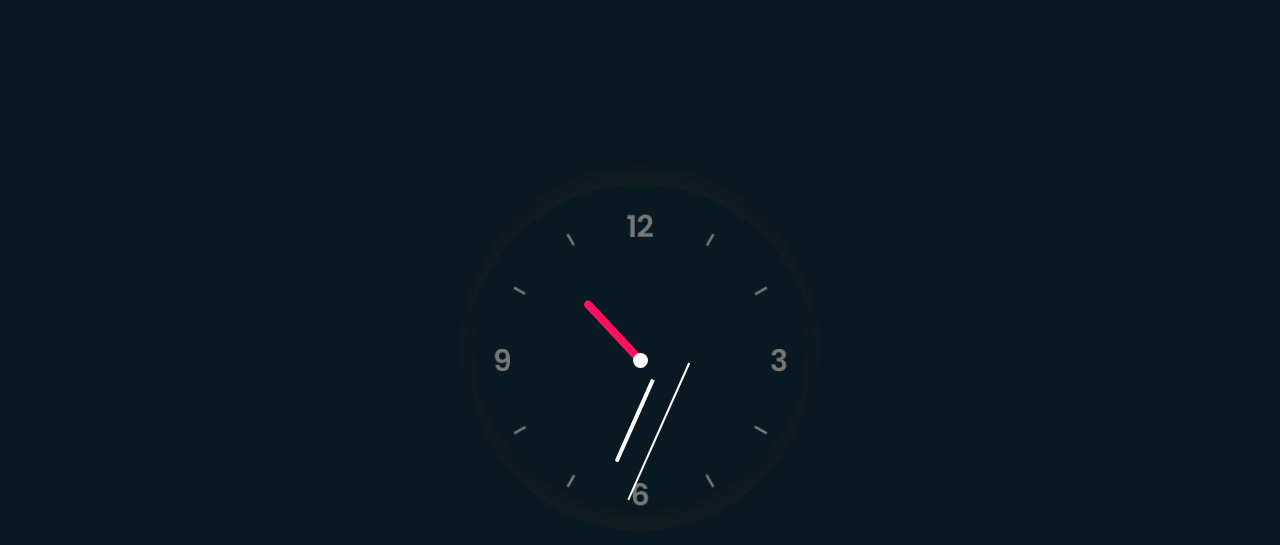
Repository: DaNiels89/analog-clock
Page: index.html
An editor plug-in stored every save of this project. The page is shown before and after the next save, followed by the edit.
The browser window is 1280 px wide. The pictures show the whole page.

Above is the page before, as saved 2020-06-20 11:07:27.

After the next save:
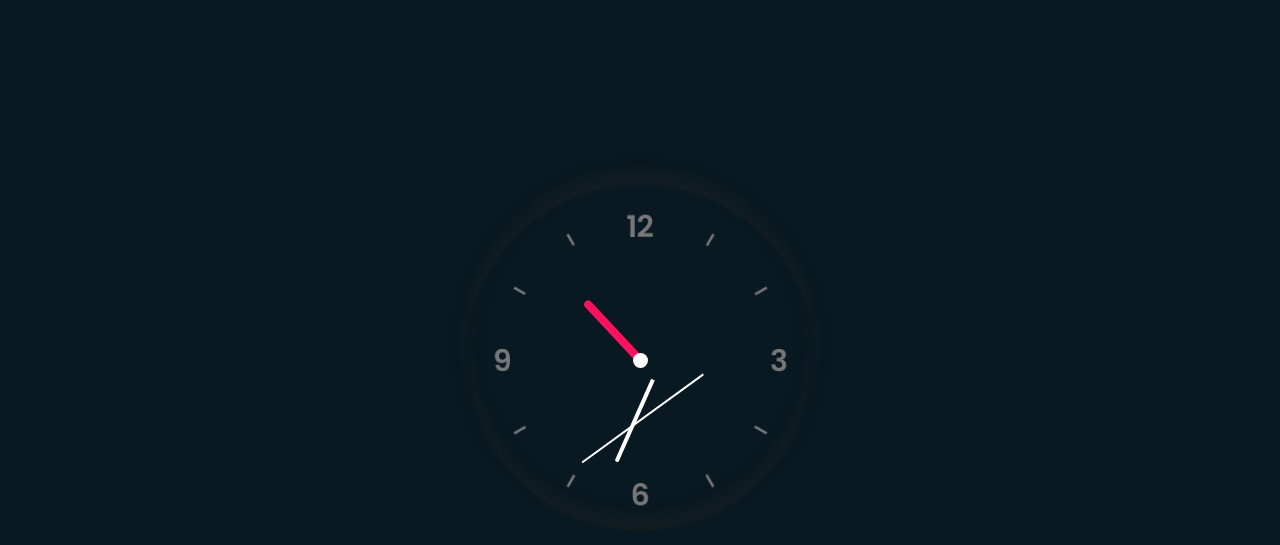
Saved 105 s later.
--- a/js/main.js
+++ b/js/main.js
@@ -3,11 +3,13 @@ const hr = document.querySelector("#hr")
 const mn = document.querySelector("#mn")
 const sc = document.querySelector("#sc")
 
-let day = new Date()
-let hh = day.getHours() * 30
-let mm = day.getMinutes() * deg
-let ss = day.getSeconds() * deg
+setInterval(() => {
+    let day = new Date()
+    let hh = day.getHours() * 30
+    let mm = day.getMinutes() * deg
+    let ss = day.getSeconds() * deg
 
-hr.style.transform = `rotateZ(${(hh) + (mm / 12)}deg)`
-mn.style.transform = `rotateZ(${(mm)}deg)`
-sc.style.transform = `rotateZ(${(ss)}deg)`
+    hr.style.transform = `rotateZ(${(hh) + (mm / 12)}deg)`
+    mn.style.transform = `rotateZ(${(mm)}deg)`
+    sc.style.transform = `rotateZ(${(ss)}deg)`
+})
